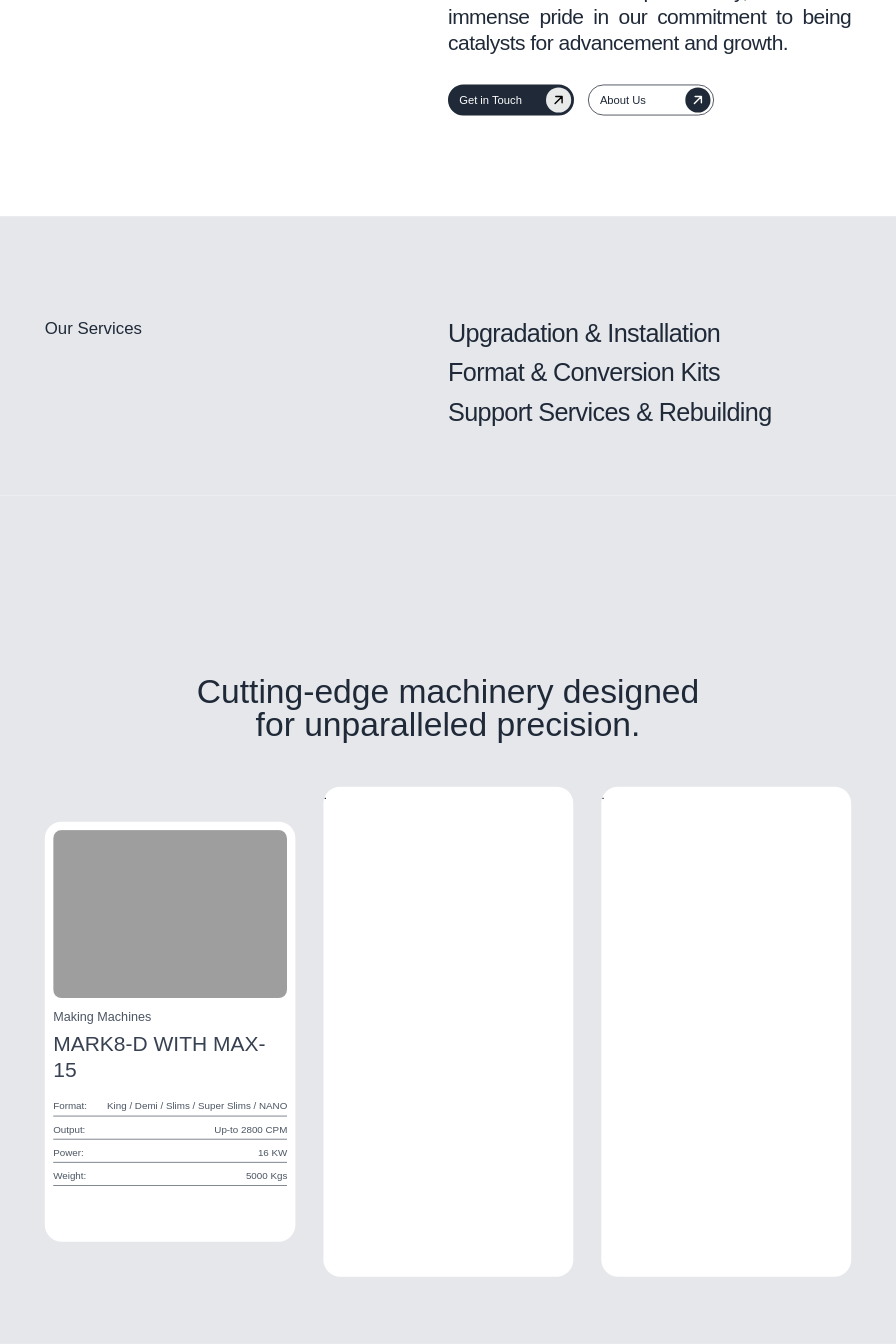
Repository: vespersolutionspk18/microtexwebsite
Page: /
These files come from the project's save history. The page is drawn as it stood at one moment and after the next save; the edit follows.
The browser window is 1280 px wide. The pictures show the part of the page from y = 1207 to 3127 px (the page is 3127 px tall), at 70% of full size.
Pictures or frames that could not be fetched are drawn as grey boxes. Some web fonts or font styles are not loaded; a fallback is used. The project was rebuilt for these pictures with package versions that can differ from the ones it lists, and the page was loaded fresh each time. The framework's server and built-in components were replaced by stand-ins that run in the browser. Also part of the build but not shown: next.config.mjs.

Above is the page before, as saved 2024-11-18 21:43:11.

After the next save:
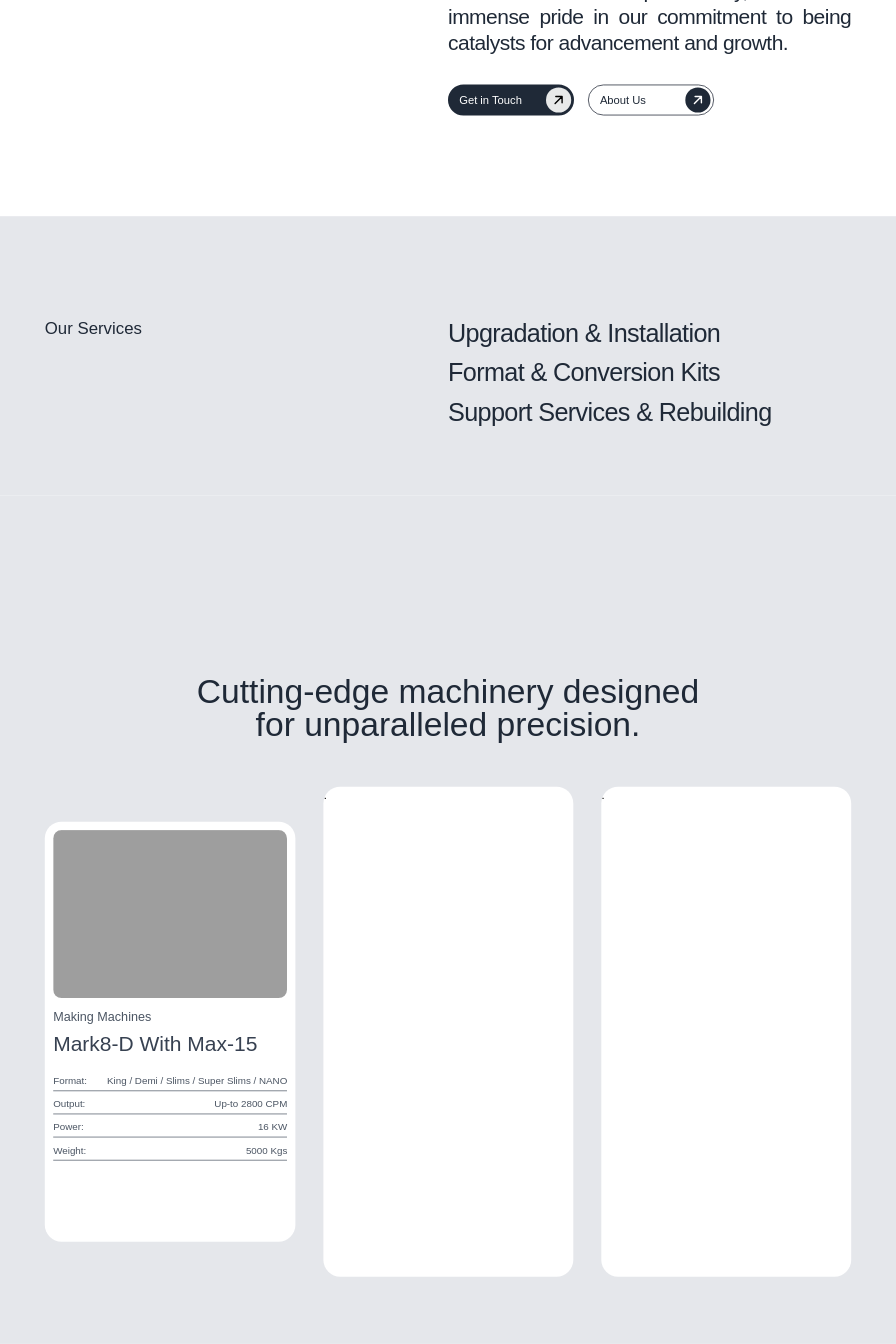
Saved 27 s later.
--- a/app/OurMachines.tsx
+++ b/app/OurMachines.tsx
@@ -11,7 +11,7 @@ const OurMachines = () => {
 
     </div>
     <h4 className=" text-lg text-gray-600 text-left pt-3">Making Machines</h4>
-    <h3 className="text-3xl text-gray-700 text-left pt-2 pb-6">MARK8-D WITH MAX-15</h3>
+    <h3 className="text-3xl text-gray-700 text-left pt-2 pb-6">Mark8-D With Max-15</h3>
     <div className="flex flex-row items-center justify-between ">
         <h5 className="text-gray-600 text-sm font">Format:</h5>
         <h5 className="text-gray-600 text-sm font-light"> King / Demi / Slims / Super Slims / NANO</h5>
